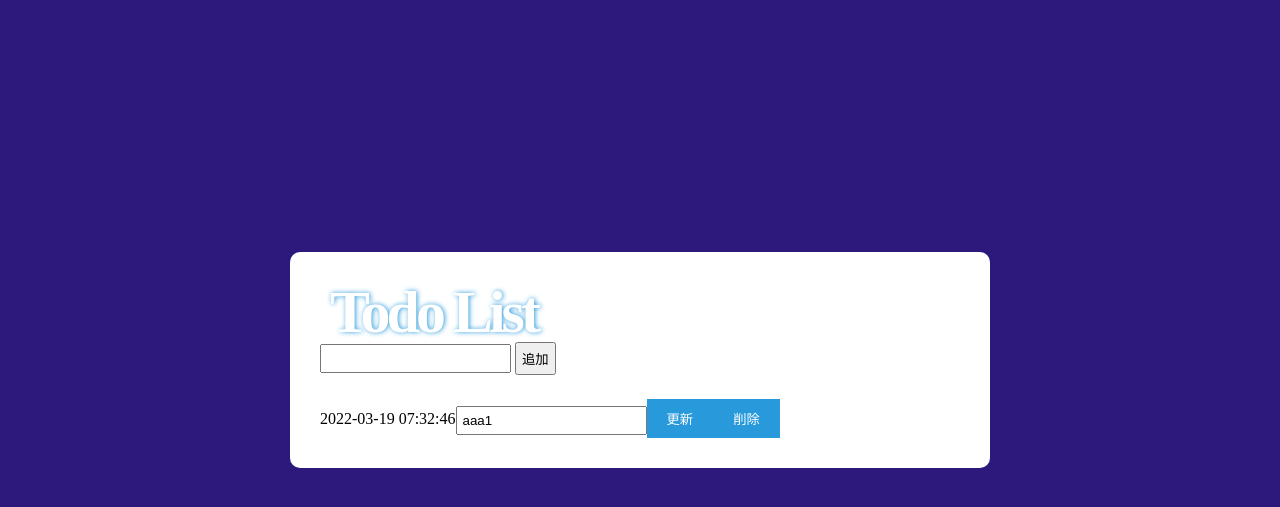
Repository: azuma2/todo
Page: http://localhost/todo/create
The author's editor kept a copy of each file at every save. The page is drawn from the files as they stood at one save, then again after the next save.
The browser window is 1280 px wide. The pictures show the whole page.
The page is served by the project's Laravel application, run on PHP 8.4 with Laravel 8.

Above is the page before, as saved 2022-03-20 02:08:41.

After the next save:
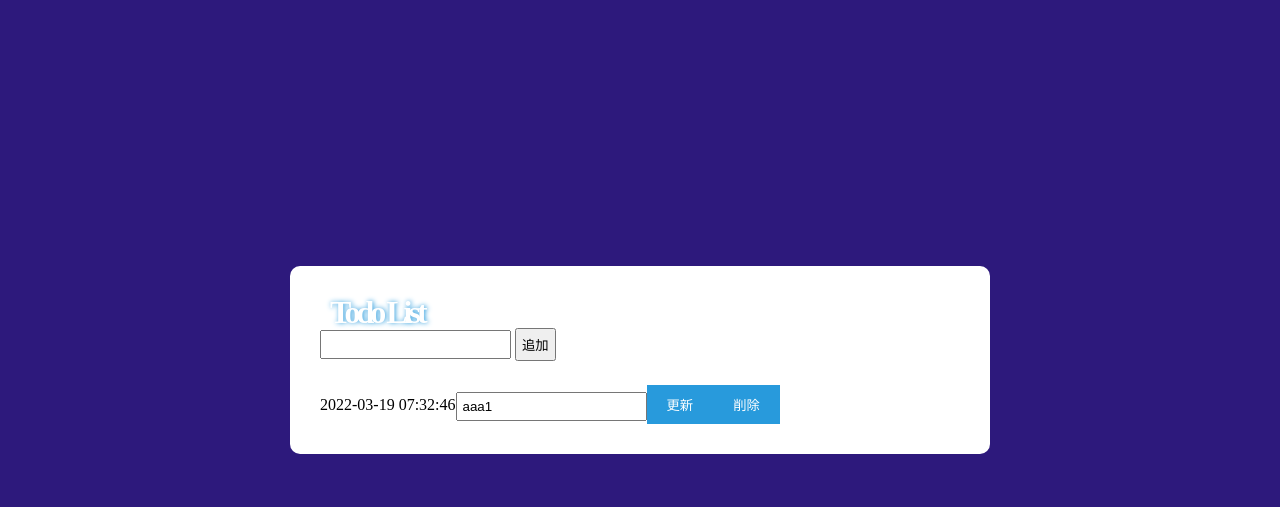
Saved 25 s later.
--- a/resources/views/layouts/default.blade.php
+++ b/resources/views/layouts/default.blade.php
@@ -27,7 +27,7 @@
     border-radius: 10px;
 }
     h1 {
-      font-size:60px;
+      font-size:32px;
       color:white;
       text-shadow:1px 0 5px #289ADC;
       letter-spacing:-4px;
